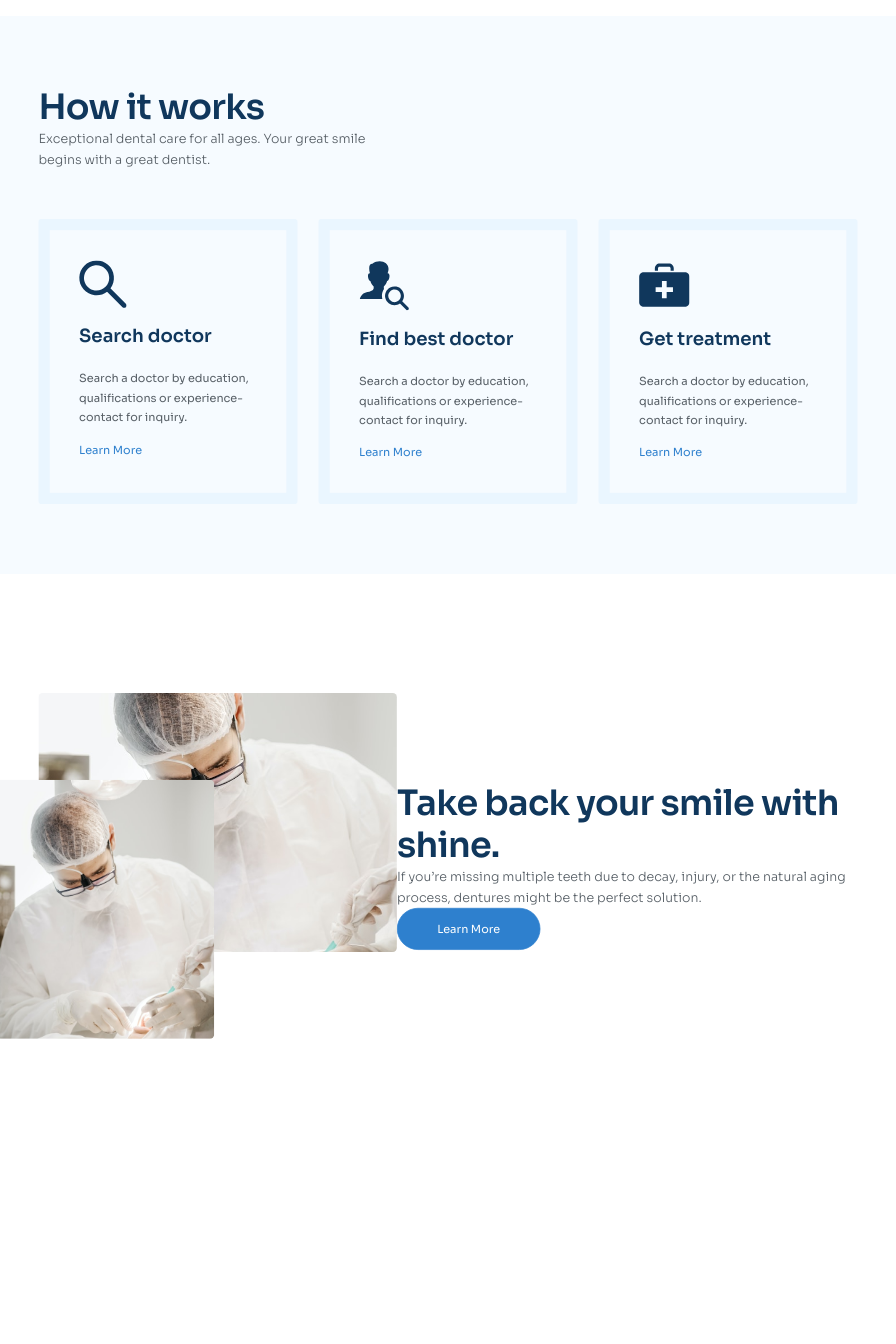
Repository: Tran-Dat/F8_Project_03
Page: index.html
The author's editor kept a copy of each file at every save. The page is drawn from the files as they stood at one save, then again after the next save.
The browser window is 1280 px wide. The pictures show the part of the page from y = 1880 to 3800 px (the page is 3800 px tall), at 70% of full size.

Above is the page before, as saved 2023-04-03 16:23:14.

After the next save:
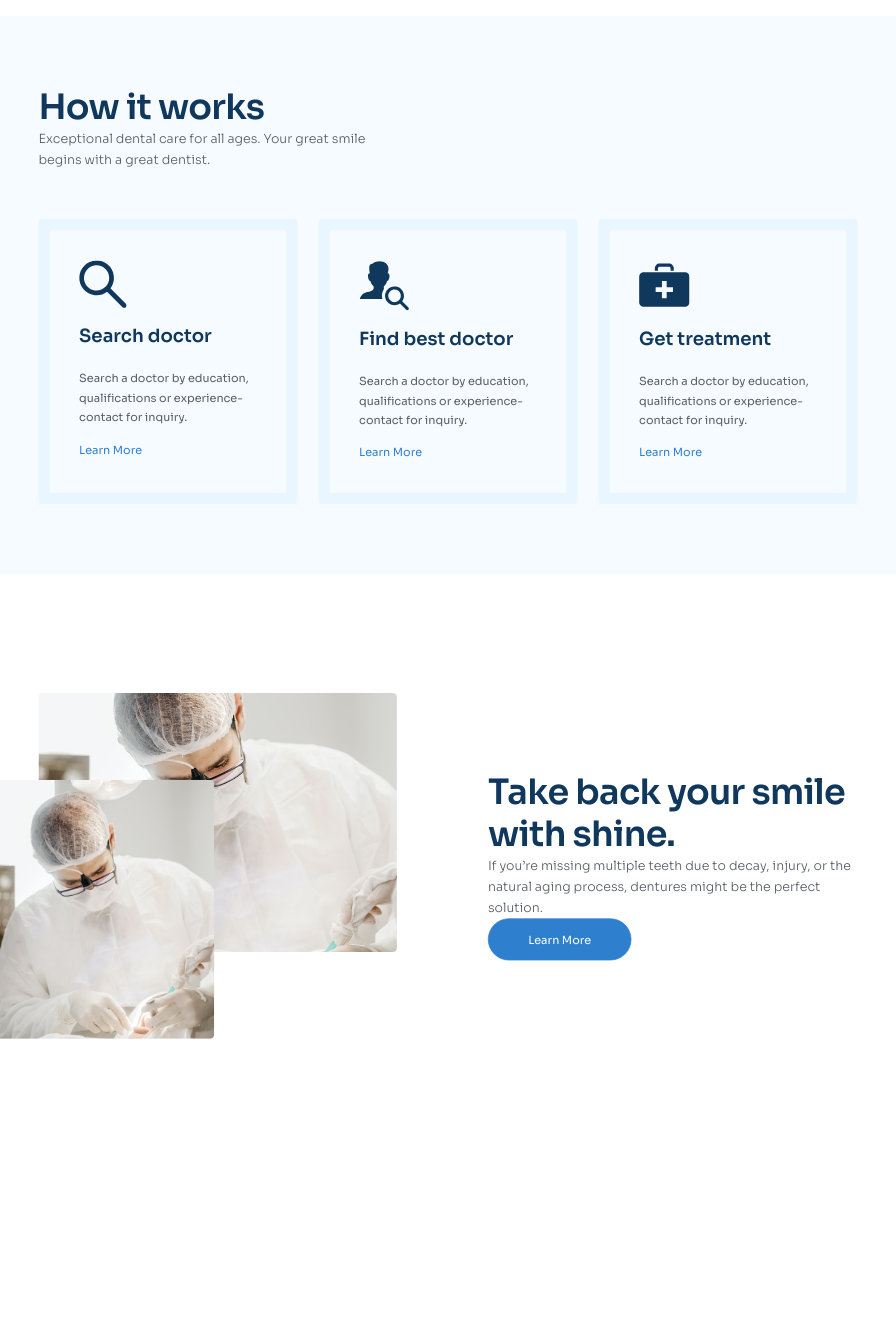
Saved 27 s later.
--- a/assets/css/style.css
+++ b/assets/css/style.css
@@ -390,13 +390,13 @@ a {
 
 .feature__inner {
     display: flex;
+    column-gap: 130px;
+    align-items: center;
+}
+
+.feature__media {
+    display: flex;
     justify-content: space-between;
-    align-items: center;
-}
-
-.feature__media {
-    display: flex;
-    column-gap: 130px;
     align-items: center;
 }
 
